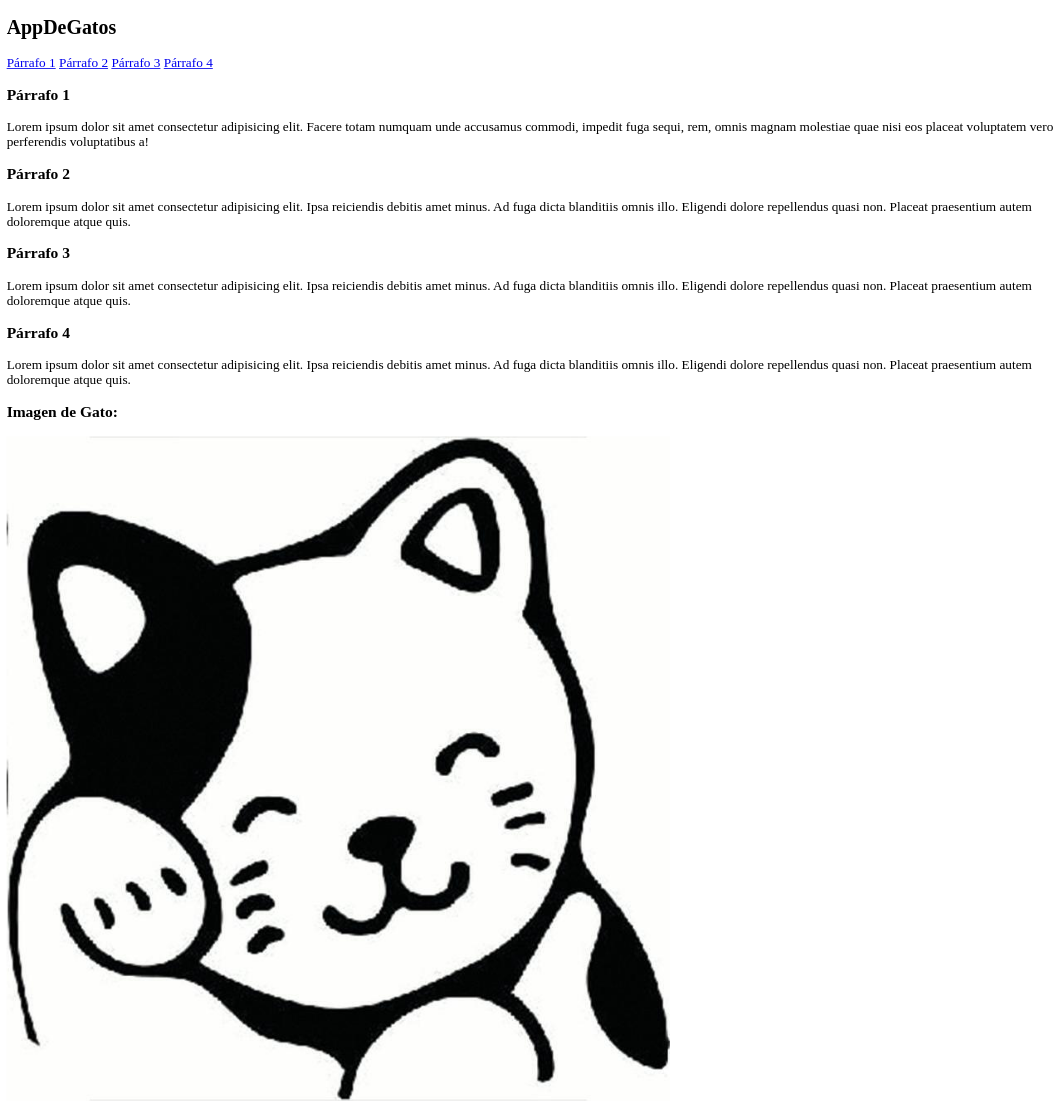
Repository: pedro-donoso/curso-html---css
Page: index.html
The author's editor kept a copy of each file at every save. The page is drawn from the files as they stood at one save, then again after the next save.
The browser window is 1280 px wide. The pictures show the whole page, at 83% of full size.

Above is the page before, as saved 2023-11-03 10:59:17.

After the next save:
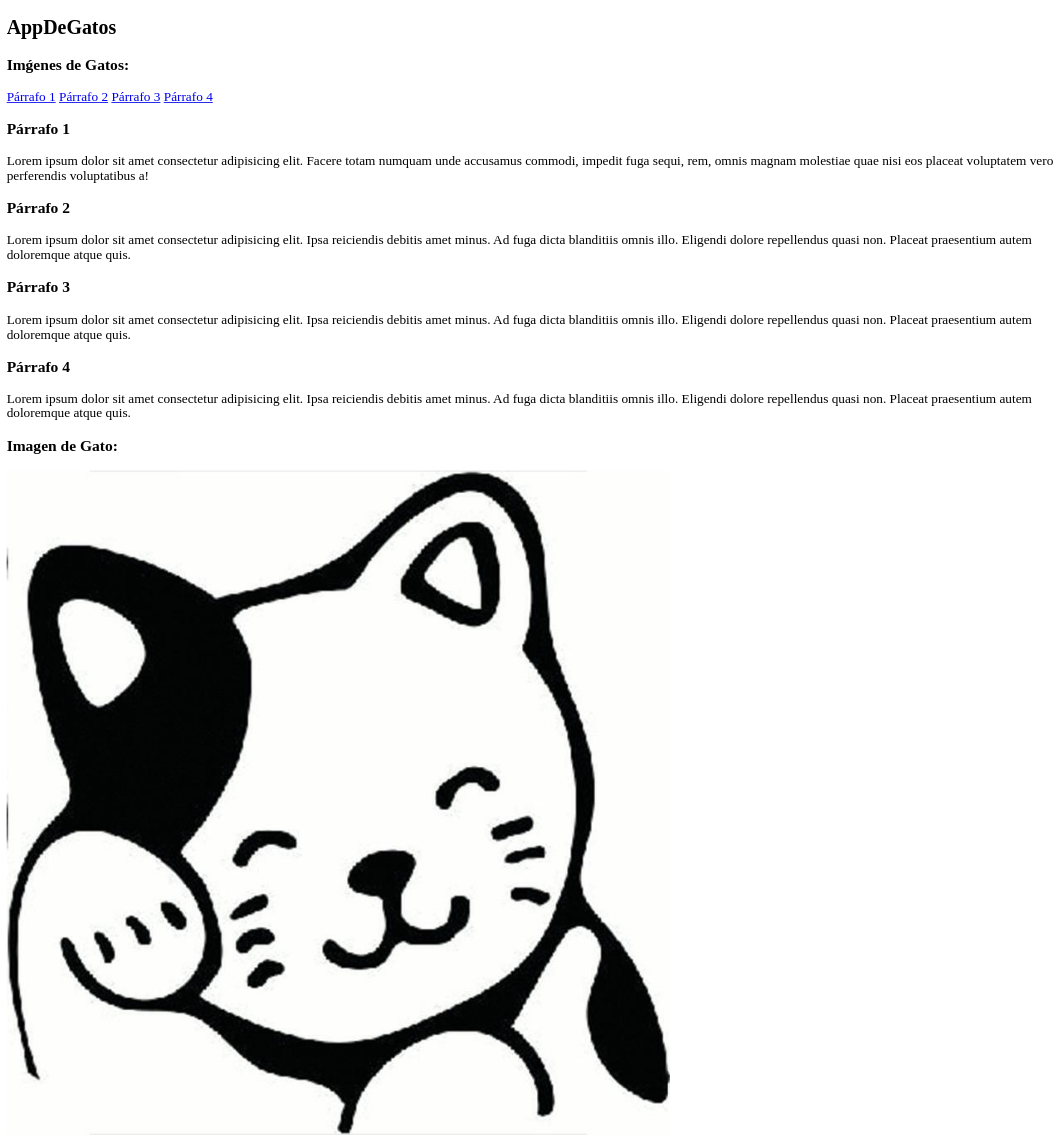
Saved 3 days later.
--- a/index.html
+++ b/index.html
@@ -10,7 +10,7 @@
 <body>
   <h2>AppDeGatos</h2>
   <main>
-
+    <h3>Imǵenes de Gatos:</h3>
 
    <a href="#parrafo-1">Párrafo 1</a>
    <a href="#parrafo-2">Párrafo 2</a>
@@ -36,6 +36,9 @@
    <h3>Imagen de Gato:</h3>
   <a href="https://www.freecodecamp.org/espanol/" target="_blank" rel="noopener noreferrer"><img src="./assets/img/gato.jpg" alt="gato"></a>
 
+
+
+
   </main>
 </body>
 
